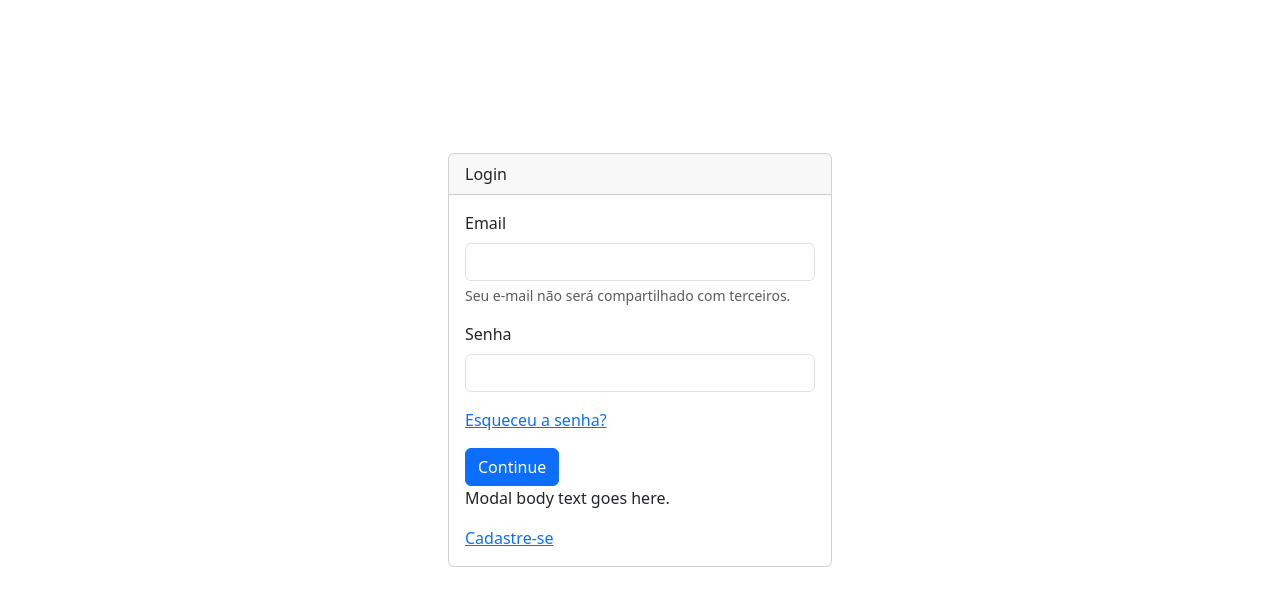
Repository: vandrecx/utilitaries
Page: http://localhost/login_archive/index.php
The author's editor kept a copy of each file at every save. The page is drawn from the files as they stood at one save, then again after the next save.
The browser window is 1280 px wide. The pictures show the whole page.
The page is run by PHP 8.4 with error messages shown; the project is at /var/www/html/.

Above is the page before, as saved 2024-05-01 14:25:44.

After the next save:
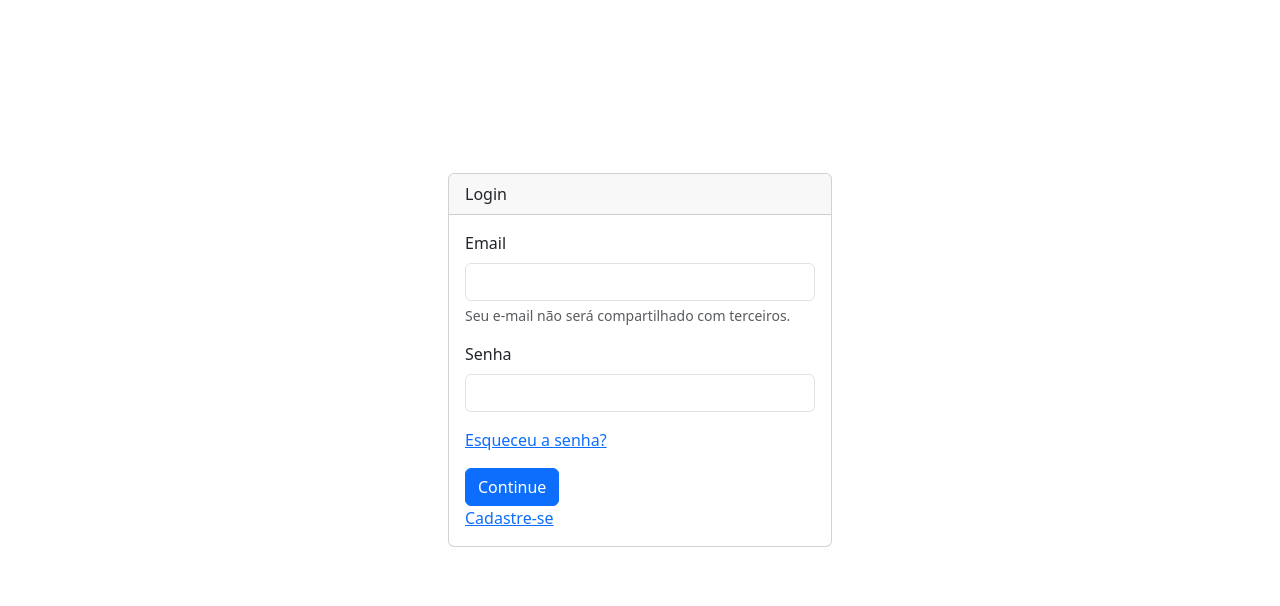
Saved 92 s later.
--- a/login_archive/index.php
+++ b/login_archive/index.php
@@ -34,9 +34,7 @@ include 'funcoes.php';
                 </div>
                 <button type="submit" class="btn btn-primary" name="submit">Continue</button>
             </form>
-                <div class="modal-body">
-                    <p>Modal body text goes here.</p>
-                </div>
+
                 <a href="recupera_senha.php">Cadastre-se</a>
                 <?php if(isset($_GET['validation']) && $_GET['validation'] == '0'){ ?>
                     <br>
